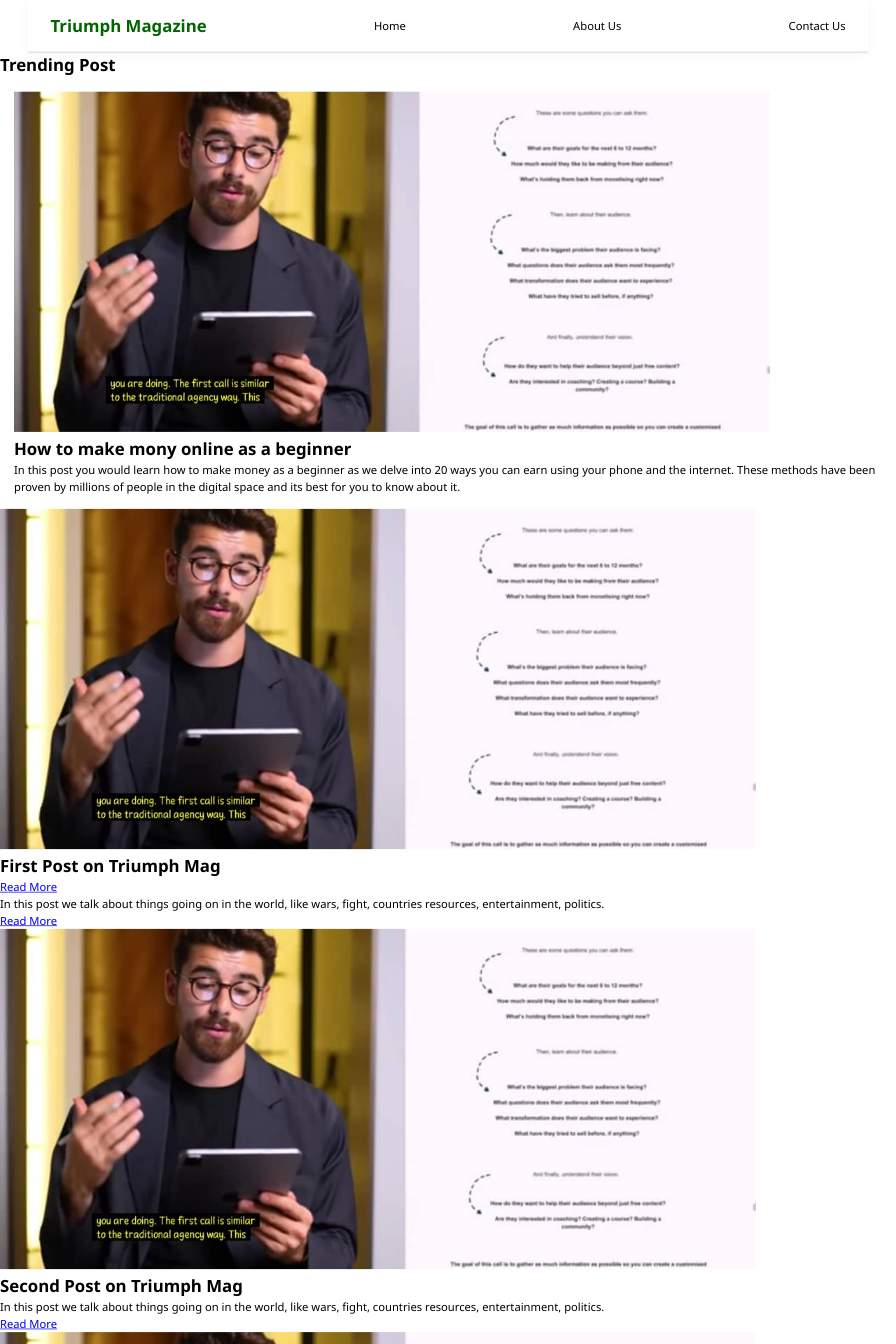
Repository: zikcolle/Triumph-Blog
Page: index.html
The author's editor kept a copy of each file at every save. The page is drawn from the files as they stood at one save, then again after a run of saves.
The browser window is 1280 px wide. The pictures show the part of the page from y = 0 to 1920 px (the page is 4855 px tall before and 4859 px after), at 70% of full size.

Above is the page before, as saved 2026-06-20 15:26:42.

### index.html
<!DOCTYPE html>
<html lang="en">

<head>
    <meta charset="UTF-8">
    <meta name="viewport" content="width=device-width, initial-scale=1.0">
    <title>Triumph Magazine</title>
    <link rel="stylesheet" href="styles.css">
</head>

<body>
    <header>
        <h2>Triumph Magazine</h2>
            <a href="#">Home</a></li>
            <a href="/about-us">About Us</a>
            <a href="/contact-us">Contact Us</a>
    </header>

    <main>
        <section>
            <div>
                <h2 class="label-post">Trending Post</h2>
            </div>
            <div class="feat-post">
                <img src="simage\postiman.jpeg">
                <h1>How to make mony online as a beginner</h1>
                <p>In this post you would learn how to make money as a beginner as we delve into 20 ways you can earn
                    using your phone and the internet. These methods have been proven by millions of people in the
                    digital space and its best for you to know about it.</p>
            </div>
        </section>

        <section class="post-grid">
            <div class="blog-post">
                <img src="simage\postiman.jpeg">
                <h1>First Post on Triumph Mag</h1><a href="#" class="read-more">Read More</a>
                <p>In this post we talk about things going on in the world, like wars, fight, countries resources,
                    entertainment, politics.</p>
                <a href="#" class="read-more">Read More</a>
            </div>

            <div class="blog-post">
                <img src="simage\postiman.jpeg">
                <h1>Second Post on Triumph Mag</h1>
                <p>In this post we talk about things going on in the world, like wars, fight, countries resources,
                    entertainment, politics.</p>
                <a href="#" class="read-more">Read More</a>
            </div>

            <div class="blog-post">
                <img src="simage\postiman.jpeg">
                <h1>Third Post on Triumph Mag</h1>
                <p>In this post we talk about things going on in the world, like wars, fight, countries resources,
                    entertainment, politics.</p>
                <a href="#" class="read-more">Read More</a>
            </div>

            <div class="blog-post">
                <img src="simage\postiman.jpeg">
                <h1>Fourth Post on Triumph Mag</h1>
                <p>In this post we talk about things going on in the world, like wars, fight, countries resources,
                    entertainment, politics.</p>
                <a href="#" class="read-more">Read More</a>
            </div>

            <div class="blog-post">
                <img src="simage\postiman.jpeg">
                <h1>Fifth Post on Triumph Mag</h1>
                <p>In this post we talk about things going on in the world, like wars, fight, countries resources,
                    entertainment, politics.</p>
                <a href="#" class="read-more">Read More</a>
            </div>

            <div class="blog-post">
                <img src="simage\postiman.jpeg">
                <h1>Sixth Post on Triumph Mag</h1>
                <p>In this post we talk about things going on in the world, like wars, fight, countries resources,
                    entertainment, politics.</p>
                <a href="#" class="read-more">Read More</a>
            </div>

            <div><a href="/blog">View More Posts</a></div>
        </section>

        <section>
            <h2>Related Posts</h2>

            <div class="blog-post">
                <img src="simage\postiman.jpeg">
                <h1><a href="/blog">Sixth Post on Triumph Mag</a></h1>
            </div>
        </section>
    </main>

    <footer>
        <h2>Triumph Magazine</h2>
        <p>© 2026 Triumph Magazine. All rights reserved.</p>
    </footer>

</body>

</html>

### styles.css
* {
    margin: 0;
    padding: 0;
    box-sizing: border-box;
    scroll-behavior: smooth;
}

body {
    background-color: rgb(255, 255, 255);
    color: rgb(0, 0, 0);
    font-family:'Segoe UI', Tahoma, Geneva, Verdana, sans-serif;
    line-height: 1.5;
}

header {
    position: sticky;
    display: flex;
    justify-content: space-between;
    align-items: center;
    margin: 0 auto;
    max-width: 1200px;
    background-color: rgba(255,255,255,0.92);
    border-bottom: 1px solid rgba(0, 0, 0, 0.213);
    backdrop-filter: blur(20px) saturate(180%);
    -webkit-backdrop-filter: blur(20px) saturate(180%);
    box-shadow: 0 1px 0 rgba(0,0,0,0.04), 0 2px 16px rgba(0,0,0,0.04);
    padding: 1.2rem 2rem;
    top: 0;
    z-index: 100;
    color: rgb(0, 101, 0);
}

header a {
    text-decoration: none;
    color: rgb(0, 0, 0);
}

header a:hover {
    text-decoration: none;
    color: rgb(0, 101, 0);
    text-decoration: underline;
}

.feat-post {
    display: block;
    background-color: rgb(255, 255, 255);
    border: 2px;
    padding: 20px;
}

After the next 2 saves:
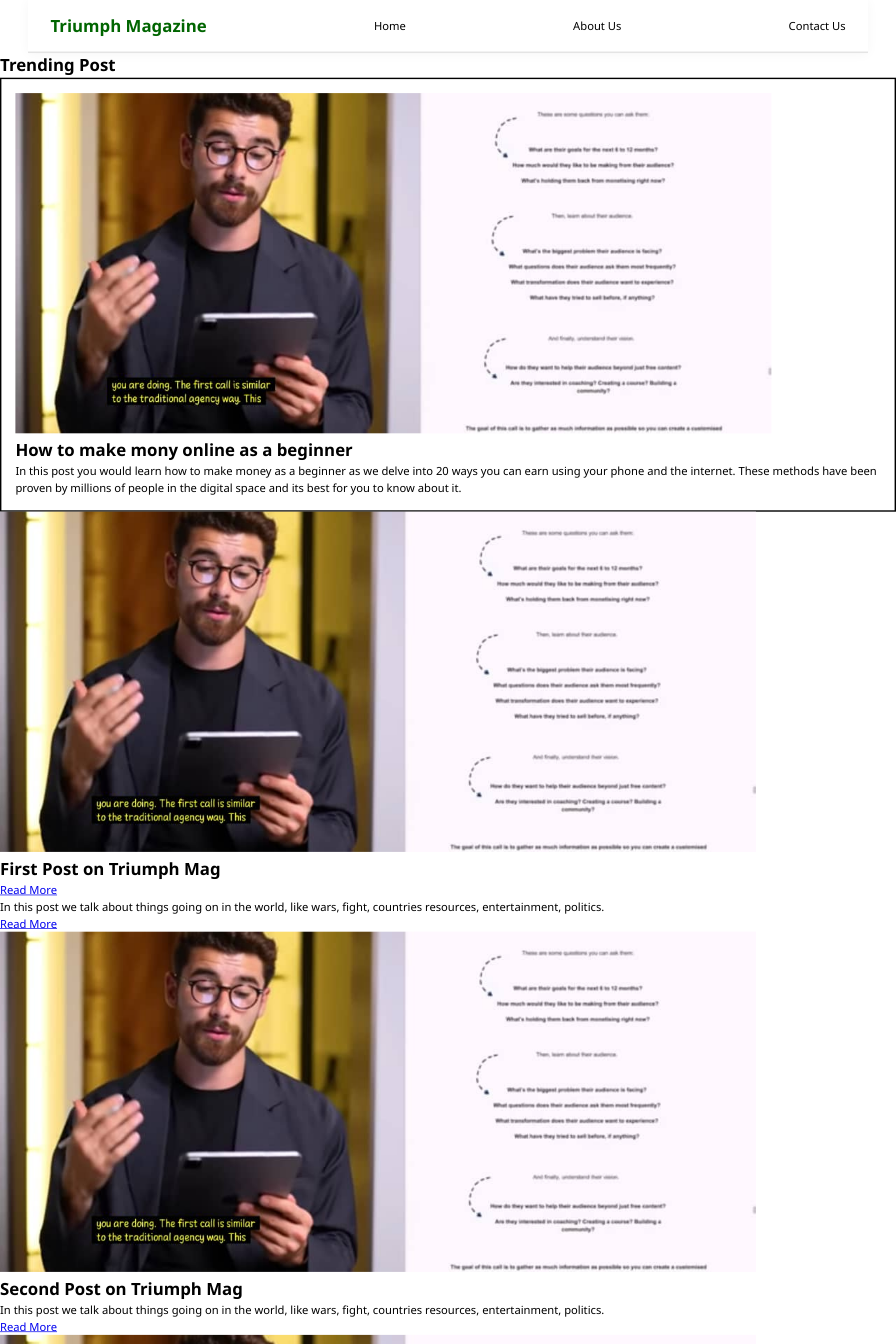
The 2 saves are shown as one change because they came seconds apart.
The last was saved 29 s later.
--- a/styles.css
+++ b/styles.css
@@ -44,6 +44,6 @@ header a:hover {
 .feat-post {
     display: block;
     background-color: rgb(255, 255, 255);
-    border: 2px;
+    border: 2px solid ;
     padding: 20px;
 }
